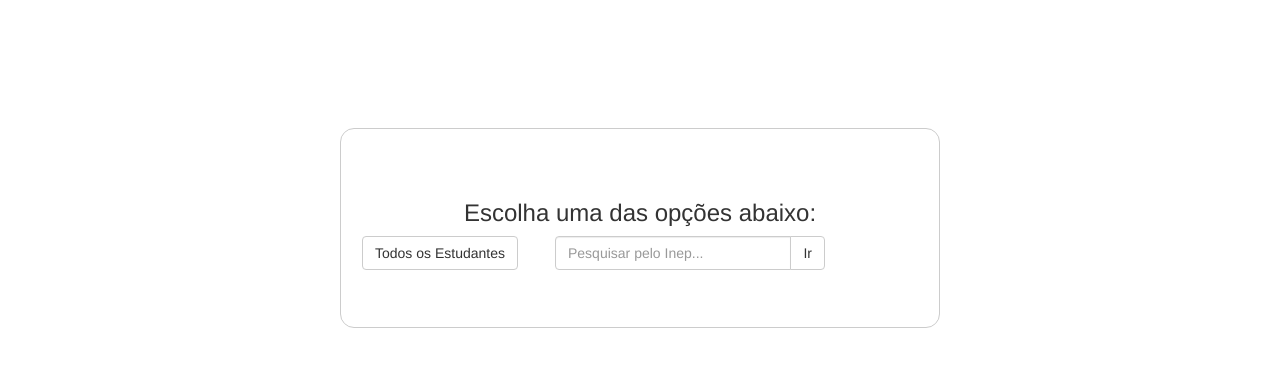
Repository: ipti/br.tag.webservice
Page: http://localhost/Restful-API-TAG/students.jsp
The author's editor kept a copy of each file at every save. The page is drawn from the files as they stood at one save, then again after the next save.
The browser window is 1280 px wide. The pictures show the whole page.
The page is served by Tomcat 9. Other server files are loaded and not shown.

Above is the page before, as saved 2016-04-27 14:02:36.

### Restful-API-TAG/WebContent/students.jsp
<%@ page language="java" contentType="text/html; charset=ISO-8859-1"
	pageEncoding="ISO-8859-1"%>
<!DOCTYPE html PUBLIC "-//W3C//DTD HTML 4.01 Transitional//EN" "http://www.w3.org/TR/html4/loose.dtd">
<html>
<head>
<link rel="stylesheet" href="css/styles.css">
<link href="css/bootstrap.min.css" rel="stylesheet">
<meta http-equiv="Content-Type" content="text/html; charset=ISO-8859-1">
<title>API TAG - Estudantes</title>
</head>
<body>
	<div id="studentDiv">
		<h3 id="titleStudent">Escolha uma das opções abaixo:</h3>

		<div class="btn-group-md text-center" role="group" aria-label="...">
			<div class="row">
				<div class="col-lg-4">
					<a type="submit" class="btn btn-default" href="${pageContext.request.contextPath}/api/TagService/getStudents">Todos os Estudantes</a>
				</div>
				<div class="col-lg-6">
					<div class="input-group">
						<input type="text" class="form-control" placeholder="Pesquisar pelo Inep...">
						<span class="input-group-btn">
							<a class="btn btn-default" type="submit" href="${pageContext.request.contextPath}/api/TagService/getStudents/{inep_id}">Ir</a>
						</span>
					</div>
				</div>
			</div>
		</div>
	</div>
</body>
</html>

### Restful-API-TAG/WebContent/css/styles.css
@CHARSET "ISO-8859-1";

#mainDiv {
    /* Just to center the form on the page */
    margin: 10% auto;
    width: 500px;
    height: 200px;
    /* To see the outline of the form */
    padding: 1em;
    border: 1px solid #CCC;
    border-radius: 1em;
}

#divGroup {
	padding: 7px;
}

#studentDiv, #schoolDiv, #instructorDiv, #classroomDiv {
    /* Just to center the form on the page */
    margin: 10% auto;
    width: 600px;
    height: 200px;
    /* To see the outline of the form */
    padding: 1em;
    border: 1px solid #CCC;
    border-radius: 1em;
}

#titleH3 {
	text-align: center;
	margin-top: 10%;
}

#titleStudent, #titleSchool, #titleInstructor, #titleClassroom {
	text-align: center;
	margin-top: 10%;
}

Loaded but not shown: Restful-API-TAG/WebContent/css/bootstrap.min.css (library)

After the next save:
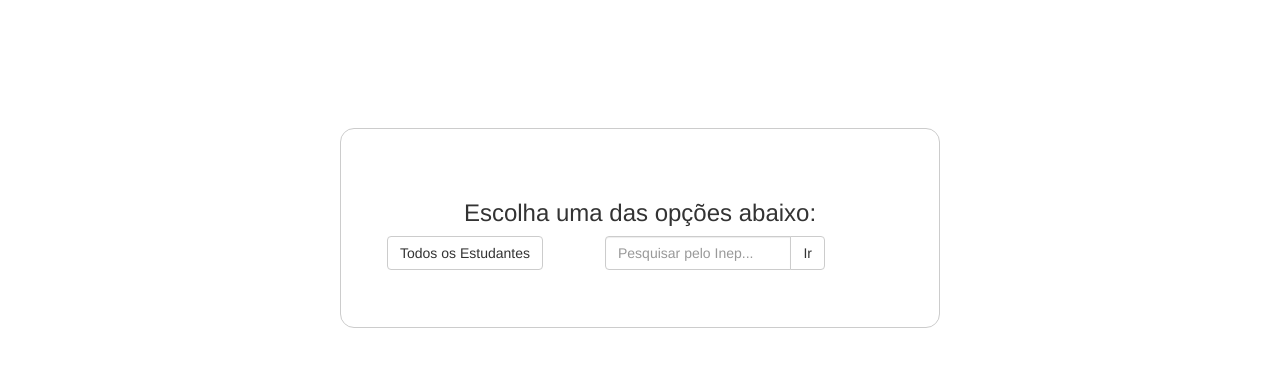
Saved 15 s later.
--- a/Restful-API-TAG/WebContent/students.jsp
+++ b/Restful-API-TAG/WebContent/students.jsp
@@ -14,10 +14,10 @@
 
 		<div class="btn-group-md text-center" role="group" aria-label="...">
 			<div class="row">
-				<div class="col-lg-4">
+				<div class="col-lg-5">
 					<a type="submit" class="btn btn-default" href="${pageContext.request.contextPath}/api/TagService/getStudents">Todos os Estudantes</a>
 				</div>
-				<div class="col-lg-6">
+				<div class="col-lg-5">
 					<div class="input-group">
 						<input type="text" class="form-control" placeholder="Pesquisar pelo Inep...">
 						<span class="input-group-btn">
